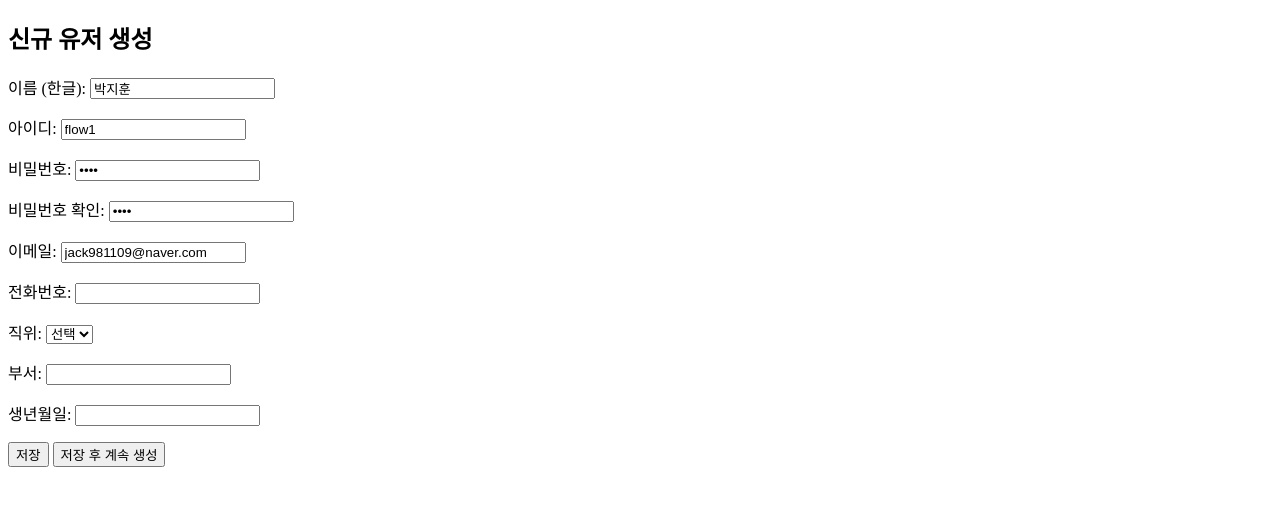
Repository: devgolol/Flow
Page: http://localhost/coretime/WEB-INF/views/userForm.jsp
The author's editor kept a copy of each file at every save. The page is drawn from the files as they stood at one save, then again after the next save.
The browser window is 1280 px wide. The pictures show the whole page.
The page is served by Tomcat 9. Nobody is signed in. Other server files are loaded and not shown. The template is opened directly, without the code that normally fills it, so the values that code supplies are empty.

Above is the page before, as saved 2025-06-30 06:16:02.

### coretime/src/main/webapp/WEB-INF/views/userForm.jsp
<%@ page language="java" contentType="text/html; charset=UTF-8"
	pageEncoding="UTF-8"%>
<%@ taglib uri="http://www.springframework.org/tags/form" prefix="form"%>
<!DOCTYPE html>
<html>
<head>
<meta charset="UTF-8">
<title>Insert title here</title>
</head>
<body>
<body>
<h2>신규 유저 생성</h2>
<form:form modelAttribute="user" method="post" action="/users/insert">
	<p>이름 (한글): <form:input path="name" value= "박지훈"/></p>
    <p>아이디: <form:input path="id" value= "flow1"/></p>
    <p>비밀번호: <form:password path="password" value= "1234"/></p>
    <p>비밀번호 확인: <form:password path="confirmPassword" value= "1234"/></p>
    <p>이메일: <form:input path="email" value= "jack981109@naver.com"/></p>
    <p>전화번호: <form:input path="tel"/></p>
    <p>직위:
        <form:select path="rank">
            <form:option value="">선택</form:option>
            <form:option value="사원">사원</form:option>
            <form:option value="대리">대리</form:option>
            <form:option value="과장">과장</form:option>
            <form:option value="차장">차장</form:option>
            <form:option value="부장">부장</form:option>
        </form:select>
    </p>
    <p>부서: <form:input path="department"/></p>
    <p>생년월일: <form:input path="birth"/></p>

    <p>
        <button type="submit">저장</button>
        <button type="submit" formaction="/users/saveAndContinue">저장 후 계속 생성</button>
    </p>
</form:form>
</body>
</body>
</html>

After the next save:
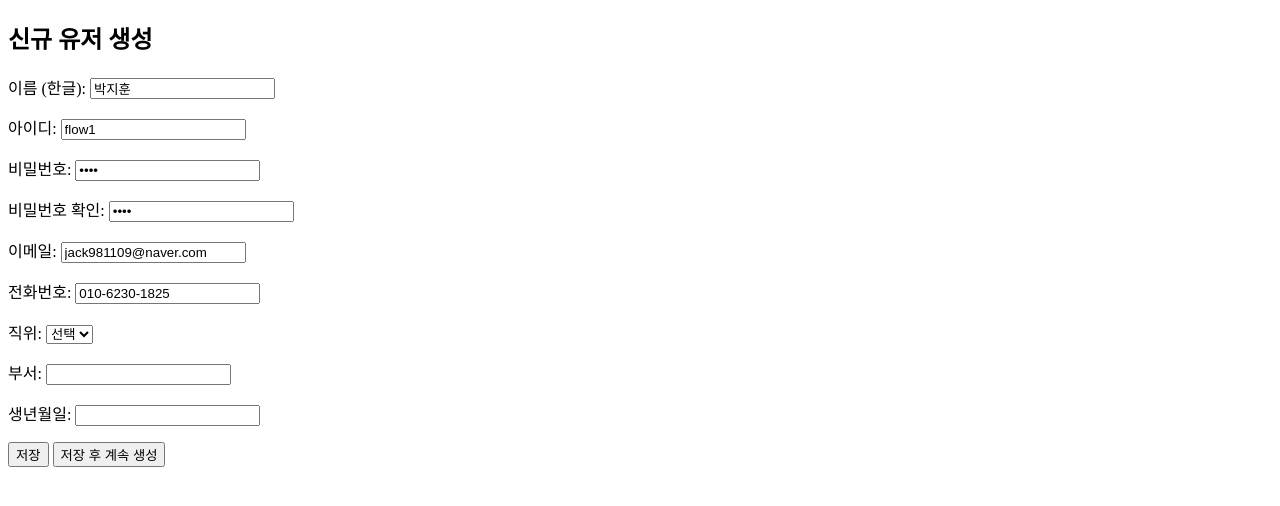
Saved 11 s later.
--- a/coretime/src/main/webapp/WEB-INF/views/userForm.jsp
+++ b/coretime/src/main/webapp/WEB-INF/views/userForm.jsp
@@ -16,7 +16,7 @@
     <p>비밀번호: <form:password path="password" value= "1234"/></p>
     <p>비밀번호 확인: <form:password path="confirmPassword" value= "1234"/></p>
     <p>이메일: <form:input path="email" value= "jack981109@naver.com"/></p>
-    <p>전화번호: <form:input path="tel"/></p>
+    <p>전화번호: <form:input path="tel" value= "010-6230-1825"/></p>
     <p>직위:
         <form:select path="rank">
             <form:option value="">선택</form:option>
